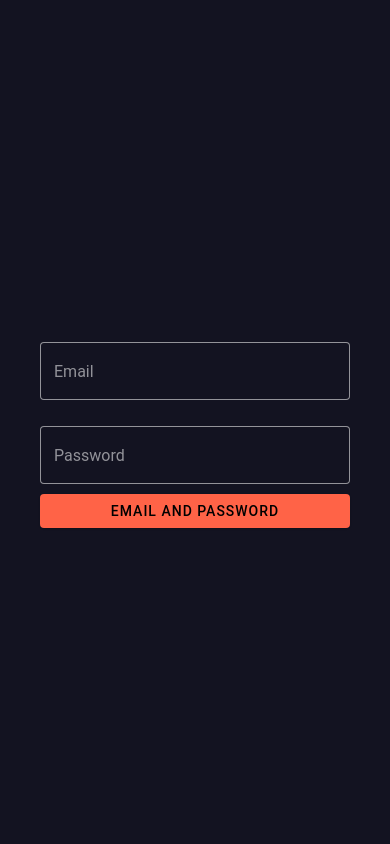
Repository: pascalgrim/GymTracker
Screen: /
The author's editor kept a copy of each file at every save. The screen is drawn from the files as they stood at one save, then again after the next save.
The app was drawn by React Native's web renderer in a window 390 px wide. The project was rebuilt for these pictures with package versions that can differ from the ones it lists, and the page was loaded fresh each time. Also part of the build but not shown: components/menuCard.js, components/Dashboard.js, firebase.js, context/AuthContext.js.

Above is the screen before, as saved 2021-11-05 20:12:00.

After the next save:
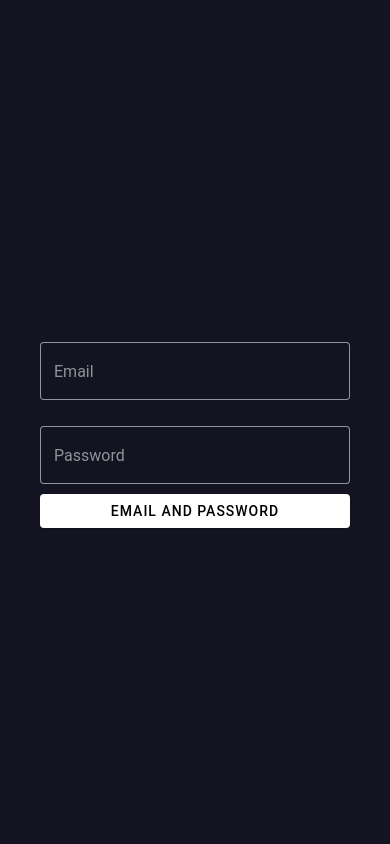
Saved 16 s later.
--- a/components/Signup.js
+++ b/components/Signup.js
@@ -10,7 +10,7 @@ const theme = {
     ...DefaultTheme,
     colors: {
       ...DarkTheme.colors,
-      primary: 'tomato',
+      primary: 'white',
       accent: 'yellow',
       background : '#131321'
     },
